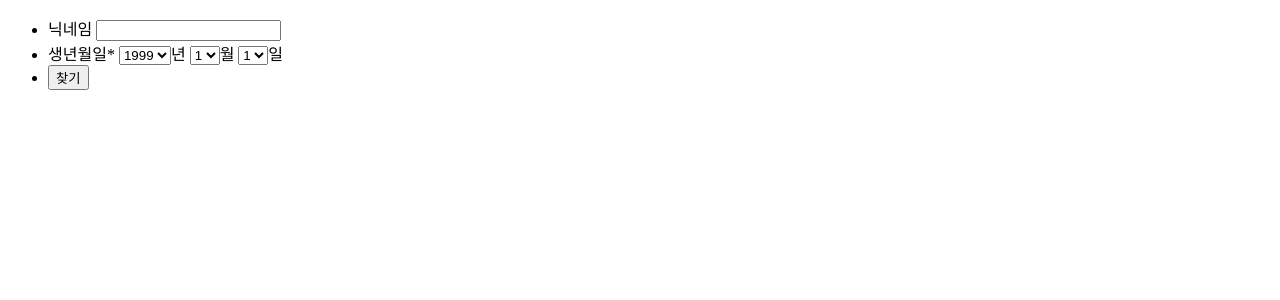
Repository: onpul/TEAM1
Page: http://localhost/Riding/mj/SearchIdForm.jsp
An editor plug-in stored every save of this project. The page is shown before and after the next save, followed by the edit.
The browser window is 1280 px wide. The pictures show the whole page.
The page is served by Tomcat 9.

Above is the page before, as saved 2022-06-04 10:02:56.

After the next save:
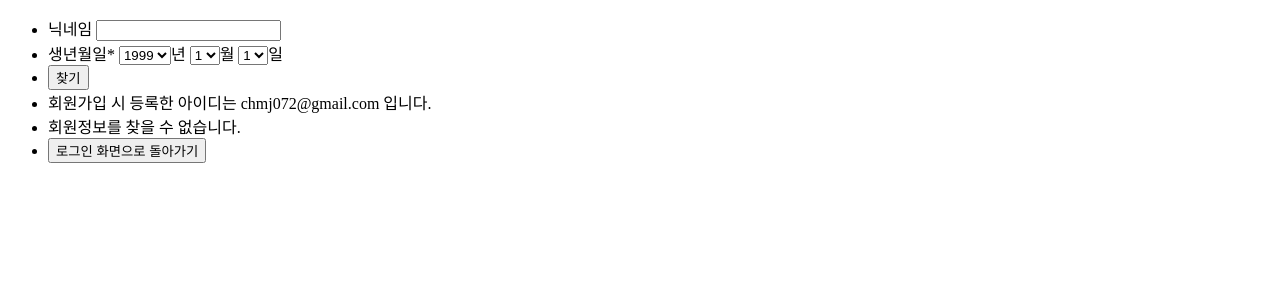
Saved 84 s later.
--- a/Riding/WebContent/mj/SearchIdForm.jsp
+++ b/Riding/WebContent/mj/SearchIdForm.jsp
@@ -32,6 +32,9 @@
 				</select>일
 			</li>
 			<li><input type="button" value="찾기"/></li>
+			<li><span>회원가입 시 등록한 아이디는 chmj072@gmail.com 입니다.</span></li>
+			<li><span>회원정보를 찾을 수 없습니다.</span></li>
+			<li><input type="button" value="로그인 화면으로 돌아가기"/></li>
 		</ul>
 	</form>
 </div>
